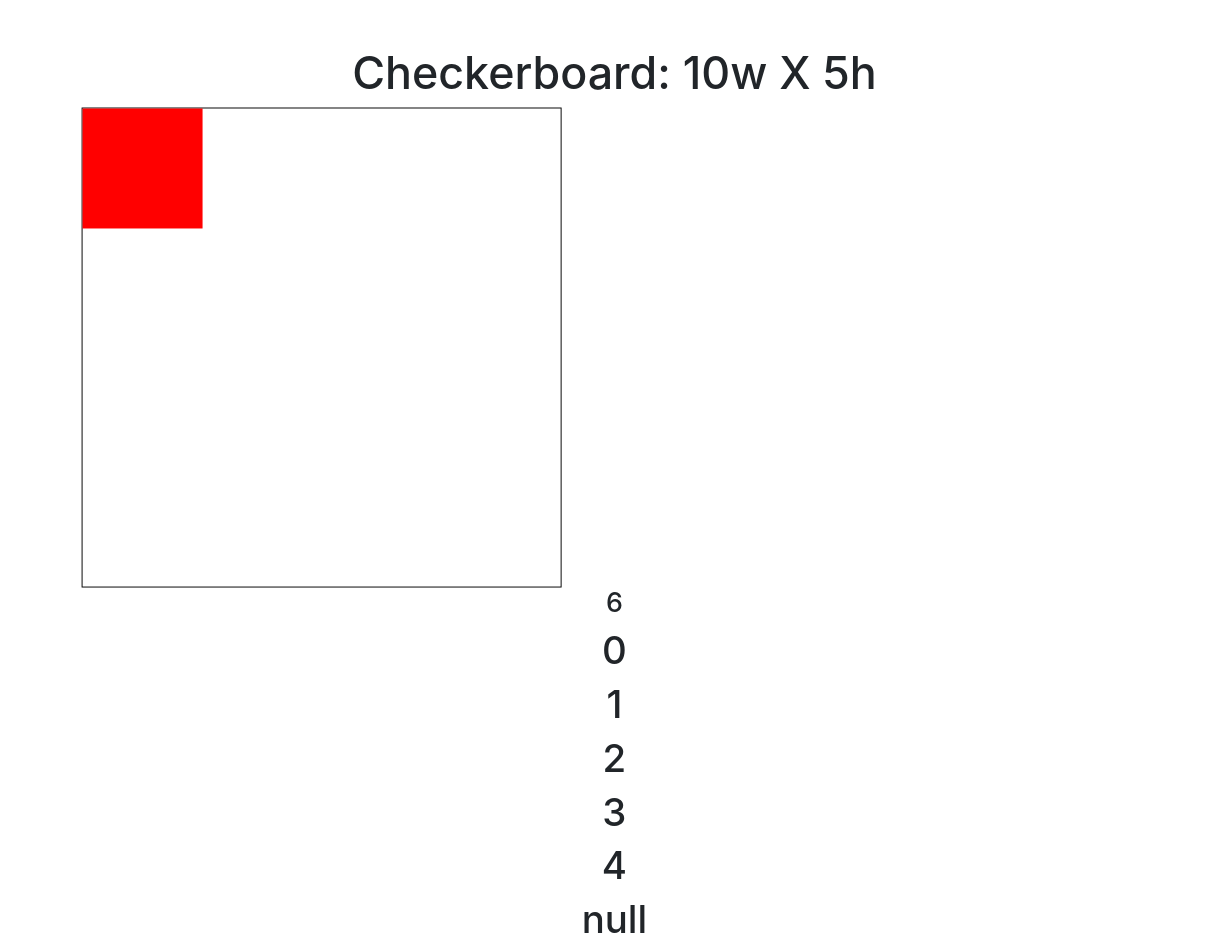
Repository: ACow3/java
Page: http://localhost/Checkerboard/checkerboard.jsp
An editor plug-in stored every save of this project. The page is shown before and after the next save, followed by the edit.
The browser window is 1280 px wide. The pictures show the whole page, at 96% of full size.
The page is served by Tomcat 9.

Above is the page before, as saved 2019-08-09 00:55:48.

After the next save:
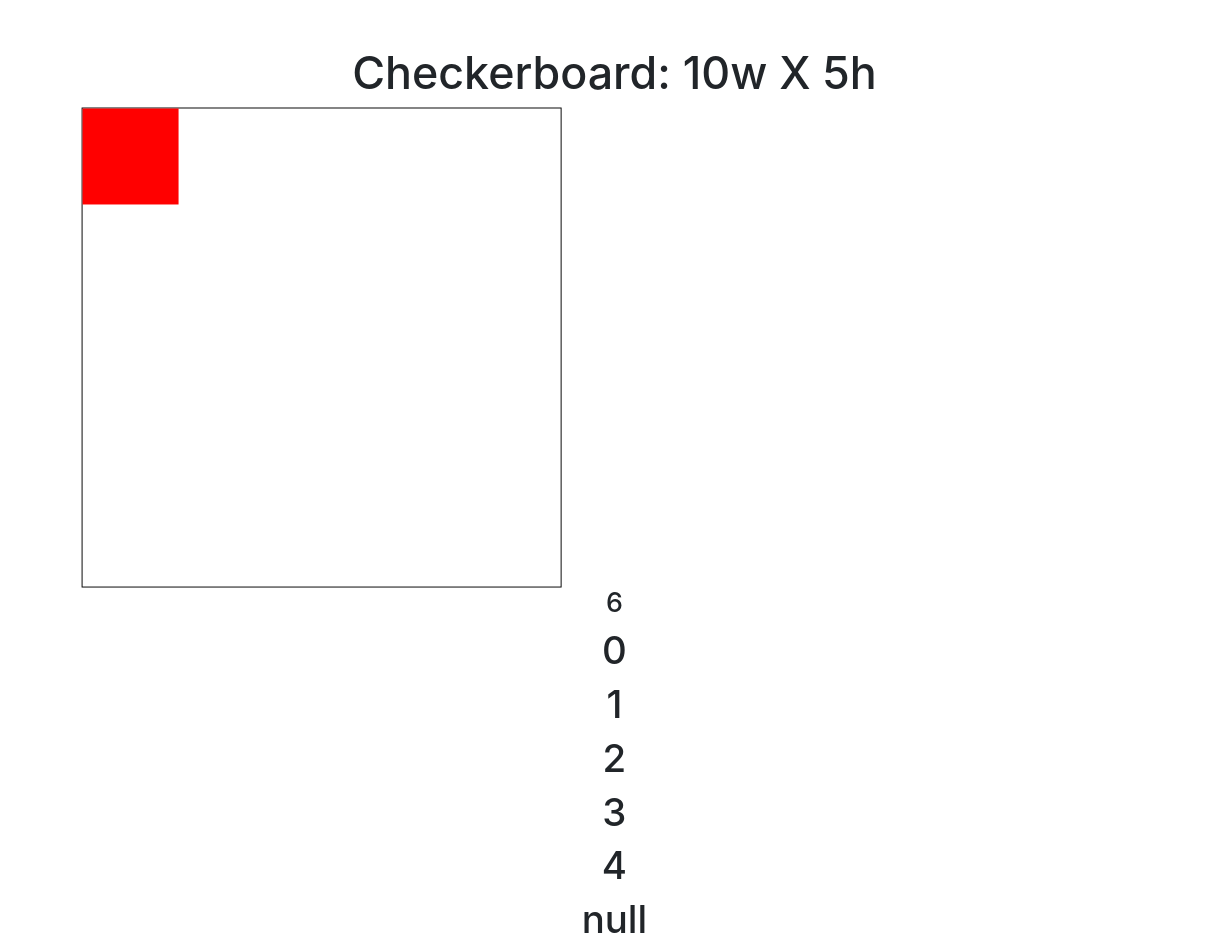
Saved 11 s later.
--- a/javaOOP/Checkerboard/WebContent/checkerboard.jsp
+++ b/javaOOP/Checkerboard/WebContent/checkerboard.jsp
@@ -23,8 +23,8 @@
 		height: 500px;
 	}
 	.red_box{
-		width: 125px;
-		height: 125px;
+		width: 100px;
+		height: 100px;
 		background-color: red;
 
 	}
